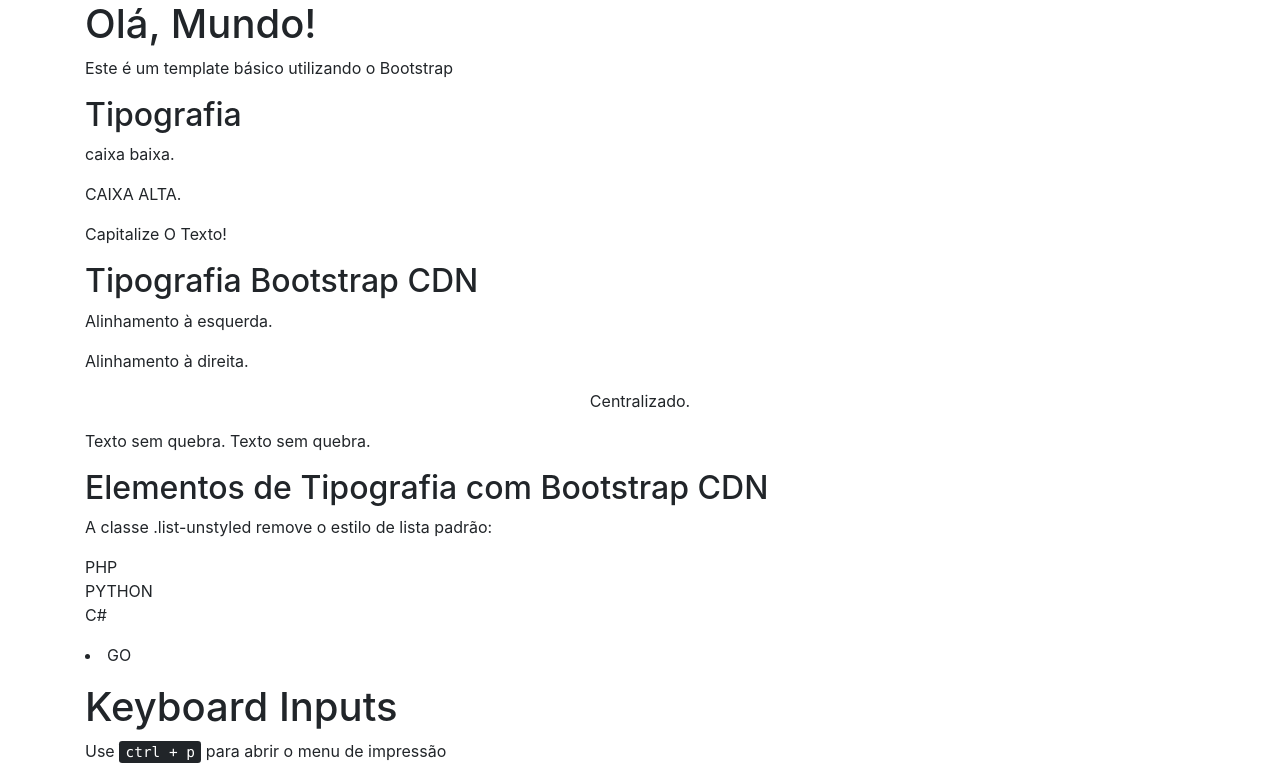
Repository: In-Game-full/Reprograme-se
Page: S-3/Aula-11(associação de CSS)/Praticas sugeridas/index.html
The author's editor kept a copy of each file at every save. The page is drawn from the files as they stood at one save, then again after the next save.
The browser window is 1280 px wide. The pictures show the whole page.
Some web libraries are served in a nearby version.

Above is the page before, as saved 2023-08-02 09:34:50.
Console error (its wording comes from the project's code and is left out).

After the next save:
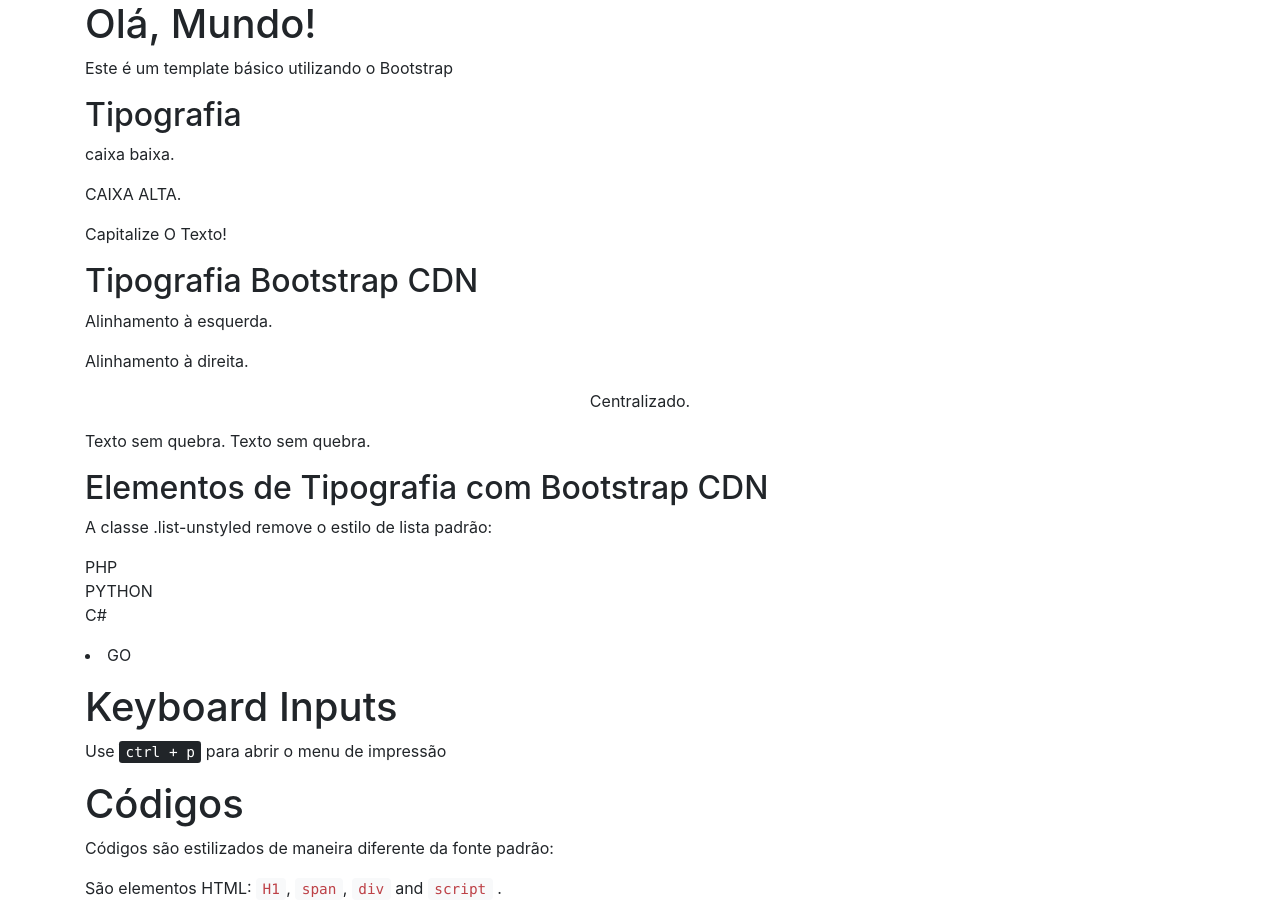
Saved 40 s later.
--- a/S-3/Aula-11(associação de CSS)/Praticas sugeridas/index.html
+++ b/S-3/Aula-11(associação de CSS)/Praticas sugeridas/index.html
@@ -67,7 +67,11 @@
         <p>Use <kbd>ctrl + p</kbd> para abrir o menu de impressão</p>
     </div>
     <!-- Estilização apropriada de códigos -->
-
+    <div class="container mt-3">
+        <h1>Códigos</h1>
+        <p>Códigos são estilizados de maneira diferente da fonte padrão:</p>
+        <p>São elementos HTML: <code>H1</code>, <code>span</code>, <code>div</code> and <code>script</code> .</p>
+    </div>
     <!-- --------------------------- -->
 
     <script src="https://code.jquery.com/jquery-3.2.1.slim.min.js"></script>
